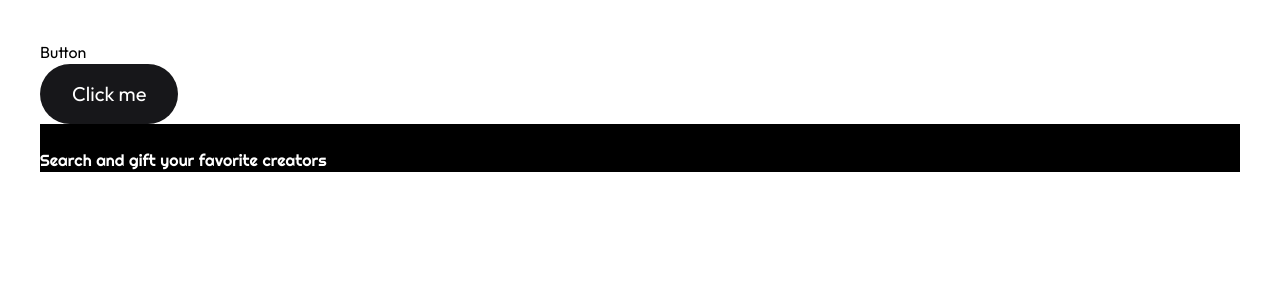
Repository: felixdusengimana/capstone-project-mirror
Page: /components (app in frontend/)
An editor plug-in stored every save of this project. The page is shown before and after the next save, followed by the edit.
The browser window is 1280 px wide. The pictures show the whole page.
The project was rebuilt for these pictures with package versions that can differ from the ones it lists, and the page was loaded fresh each time. The framework's server and built-in components were replaced by stand-ins that run in the browser. Also part of the build but not shown: frontend/next.config.mjs.

Above is the page before, as saved 2024-03-11 10:48:35.

After the next save:
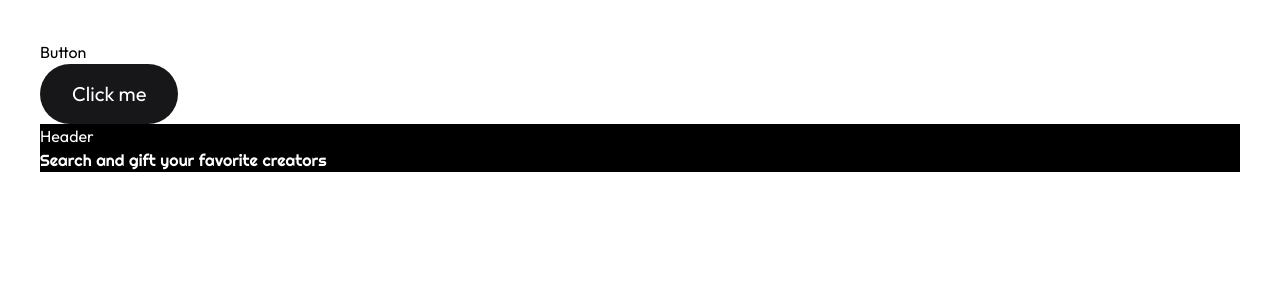
Saved 10 s later.
--- a/frontend/app/components/page.tsx
+++ b/frontend/app/components/page.tsx
@@ -10,7 +10,7 @@ export default function page() {
         <Button variant="secondary">Click me</Button>
       </div>
       <div className="bg-black">
-        <h1>Header</h1>
+        <h1 className="text-white">Header</h1>
         <Headline>Search and gift your favorite creators</Headline>
       </div>
     </div>
